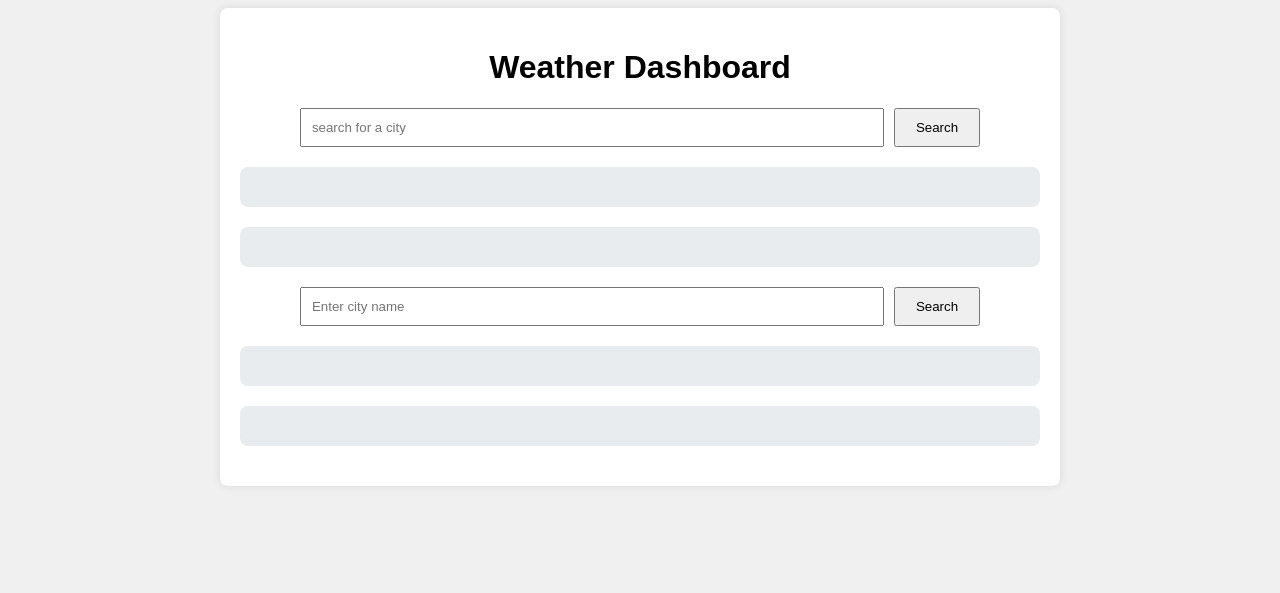
Repository: PaigeC001/WeatherOutlookTracker
Page: WeatherOutlookTracker/index.html
These files come from the project's save history. The page is drawn as it stood at one moment and after the next save; the edit follows.
The browser window is 1280 px wide. The pictures show the whole page.

Above is the page before, as saved 2024-07-16 04:07:01.

### WeatherOutlookTracker/index.html
<!DOCTYPE html>
<html lang="en">
<head>
    <meta charset="UTF-8">
    <meta name="viewport" content="width=device-width, initial-scale=1.0">
    <title>Weather Dashboard</title>
    <link rel="stylesheet" href="styles.css">
</head>
<body>
    <div class="container">
        <h1>Weather Dashboard</h1>
    </header>
    <main>
        <section class="search-section">
            <input type="text" id="city-input" placeholder="search for a city">
            <button id="search-button">Search</button>
            <div id="search-history" class="search-history"></div>
        </section>
        <section id="current-weather" class="current-weather"></section>
        <section id="forecast" class="forecast">

    </main>
        <div class="search-section">
            <input type="text" id="city-input" placeholder="Enter city name">
            <button id="search-button">Search</button>
        </div>
        <div class="search-history" id="search-history"></div>
        <div class="current-weather" id="current-weather"></div>
        <div class="forecast" id="forecast"></div>
    </div>
    <script src="script.js"></script>
</body>
</html>

### WeatherOutlookTracker/styles.css
body {
    font-family: Arial, sans-serif;
    background-color: #f0f0f0;
}

.container {
    max-width: 800px;
    margin: auto;
    padding: 20px;
    background-color: white;
    border-radius: 8px;
    box-shadow: 0 0 10px rgba(0, 0, 0, 0.1);
}

h1 {
    text-align: center;
}

.search-section {
    display: flex;
    justify-content: center;
    margin-bottom: 20px;
}

#city-input {
    width: 70%;
    padding: 10px;
    margin-right: 10px;
}

#search-button {
    padding: 10px 20px;
    cursor: pointer;
}

.search-history {
    margin-bottom: 20px;
}

.search-history button {
    display: block;
    width: 100%;
    margin: 5px 0;
    padding: 10px;
    cursor: pointer;
    background-color: #007bff;
    color: white;
    border: none;
    border-radius: 4px;
}

.current-weather, .forecast {
    margin-bottom: 20px;
    padding: 20px;
    background-color: #e9ecef;
    border-radius: 8px;
}

.forecast .forecast-item {
    display: inline-block;
    width: 18%;
    margin-right: 2%;
    background-color: white;
    padding: 10px;
    border-radius: 8px;
    text-align: center;
}

### WeatherOutlookTracker/script.js
const apiKey = 'fe4d8bc132a06db690ae7d80bd8988ae';
const searchButton = document.getElementById('search-button');
const cityInput = document.getElementById('city-input');
const currentWeather = document.getElementById('current-weather');
const forecast = document.getElementById('forecast');
const searchHistory = document.getElementById('search-history');

let cities = [];

searchButton.addEventListener('click', () => {
    const city = cityInput.value;
    if (city && !cities.includes(city)) {
        cities.push(city);
        updateSearchHistory();
        getWeather(city);
    }
});

searchHistory.addEventListener('click', (event) => {
    if (event.target.tagName === 'BUTTON') {
        const city = event.target.textContent;
        getWeather(city);
    }
});

function updateSearchHistory() {
    searchHistory.innerHTML = '';
    cities.forEach(city => {
        const button = document.createElement('button');
        button.textContent = city;
        searchHistory.appendChild(button);
    });
}

function getWeather(city) {
    fetch(`https://api.openweathermap.org/data/2.5/weather?q=${city}&appid=${apiKey}&units=metric`)
        .then(response => response.json())
        .then(data => {
            displayCurrentWeather(data);
            return fetch(`https://api.openweathermap.org/data/2.5/forecast?q=${city}&appid=${apiKey}&units=metric`);
        })
        .then(response => response.json())
        .then(data => {
            displayForecast(data);
        })
        .catch(error => {
            console.error('Error fetching weather data:', error);
        });
}

function displayCurrentWeather(data) {
    const { name, dt, weather, main, wind } = data;
    currentWeather.innerHTML = `
        <h2>${name}</h2>
        <p>${new Date(dt * 1000).toLocaleDateString()}</p>
        <img src="https://openweathermap.org/img/wn/${weather[0].icon}.png" alt="${weather[0].description}">
        <p>Temperature: ${main.temp} °C</p>
        <p>Humidity: ${main.humidity}%</p>
        <p>Wind Speed: ${wind.speed} m/s</p>
    `;
}

function displayForecast(data) {
    forecast.innerHTML = '<h3>5-Day Forecast</h3>';
    const forecastList = data.list.filter((_, index) => index % 8 === 0);
    forecastList.forEach(item => {
        const { dt, weather, main, wind } = item;
        const forecastItem = document.createElement('div');
        forecastItem.className = 'forecast-item';
        forecastItem.innerHTML = `
            <p>${new Date(dt * 1000).toLocaleDateString()}</p>
            <img src="https://openweathermap.org/img/wn/${weather[0].icon}.png" alt="${weather[0].description}">
            <p>Temp: ${main.temp} °C</p>
            <p>Humidity: ${main.humidity}%</p>
            <p>Wind: ${wind.speed} m/s</p>
        `;
        forecast.appendChild(forecastItem);
    });
}

After the next save:
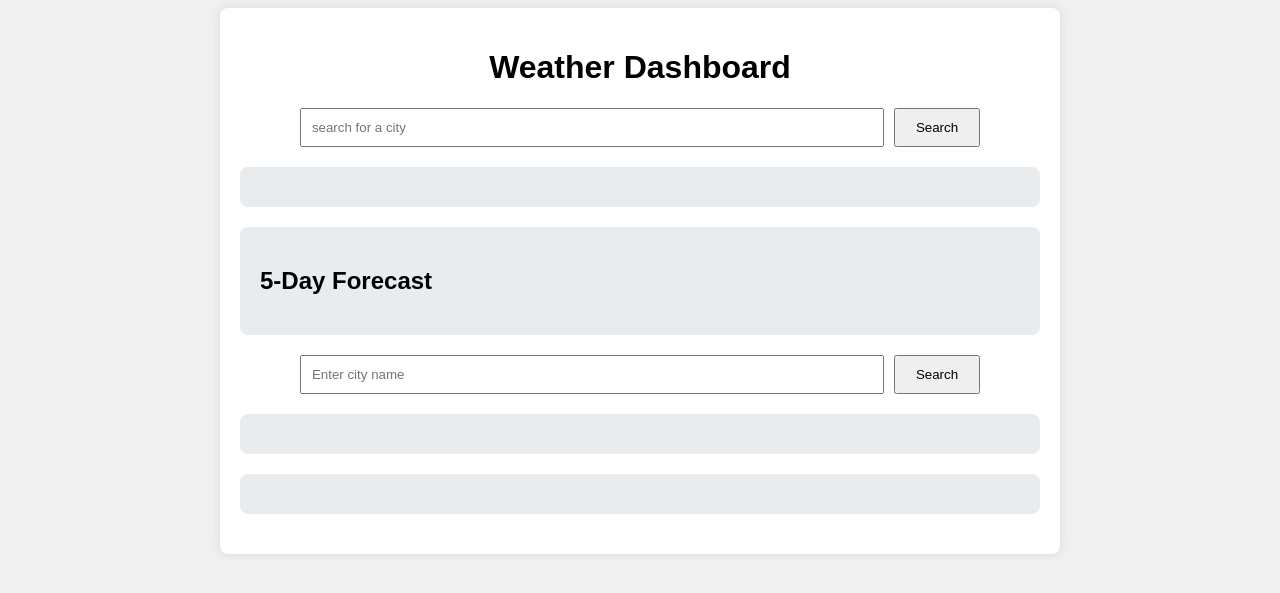
Saved 55 s later.
--- a/WeatherOutlookTracker/index.html
+++ b/WeatherOutlookTracker/index.html
@@ -18,7 +18,7 @@
         </section>
         <section id="current-weather" class="current-weather"></section>
         <section id="forecast" class="forecast">
-
+            <h2>5-Day Forecast</h2>
     </main>
         <div class="search-section">
             <input type="text" id="city-input" placeholder="Enter city name">
